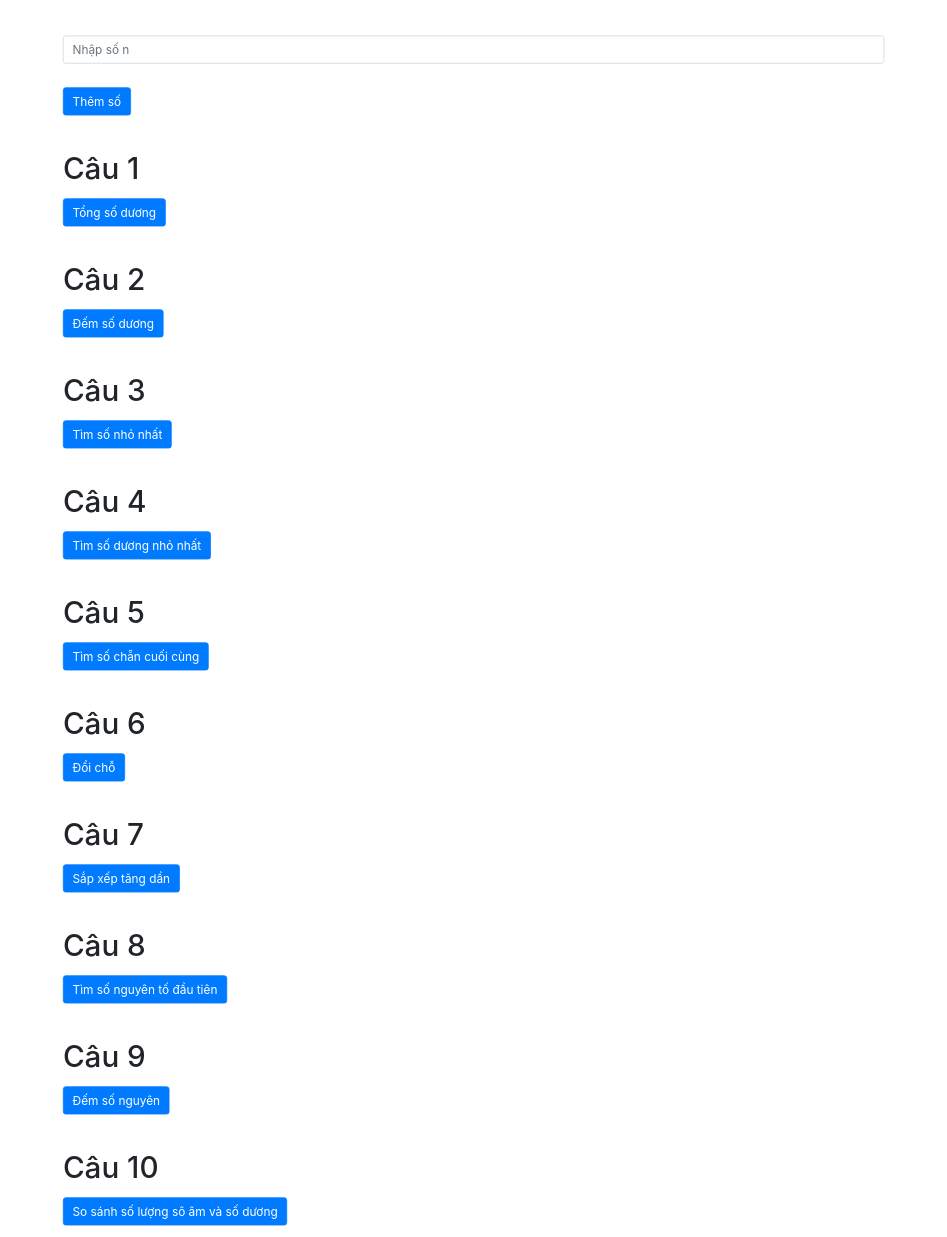
Repository: thanhfrankie/BC10-LeMinhThanh-Js-b7-8
Page: index.html
An editor plug-in stored every save of this project. The page is shown before and after the next save, followed by the edit.
The browser window is 1280 px wide. The pictures show the whole page, at 74% of full size.

Above is the page before, as saved 2023-12-27 23:36:23.

After the next save:
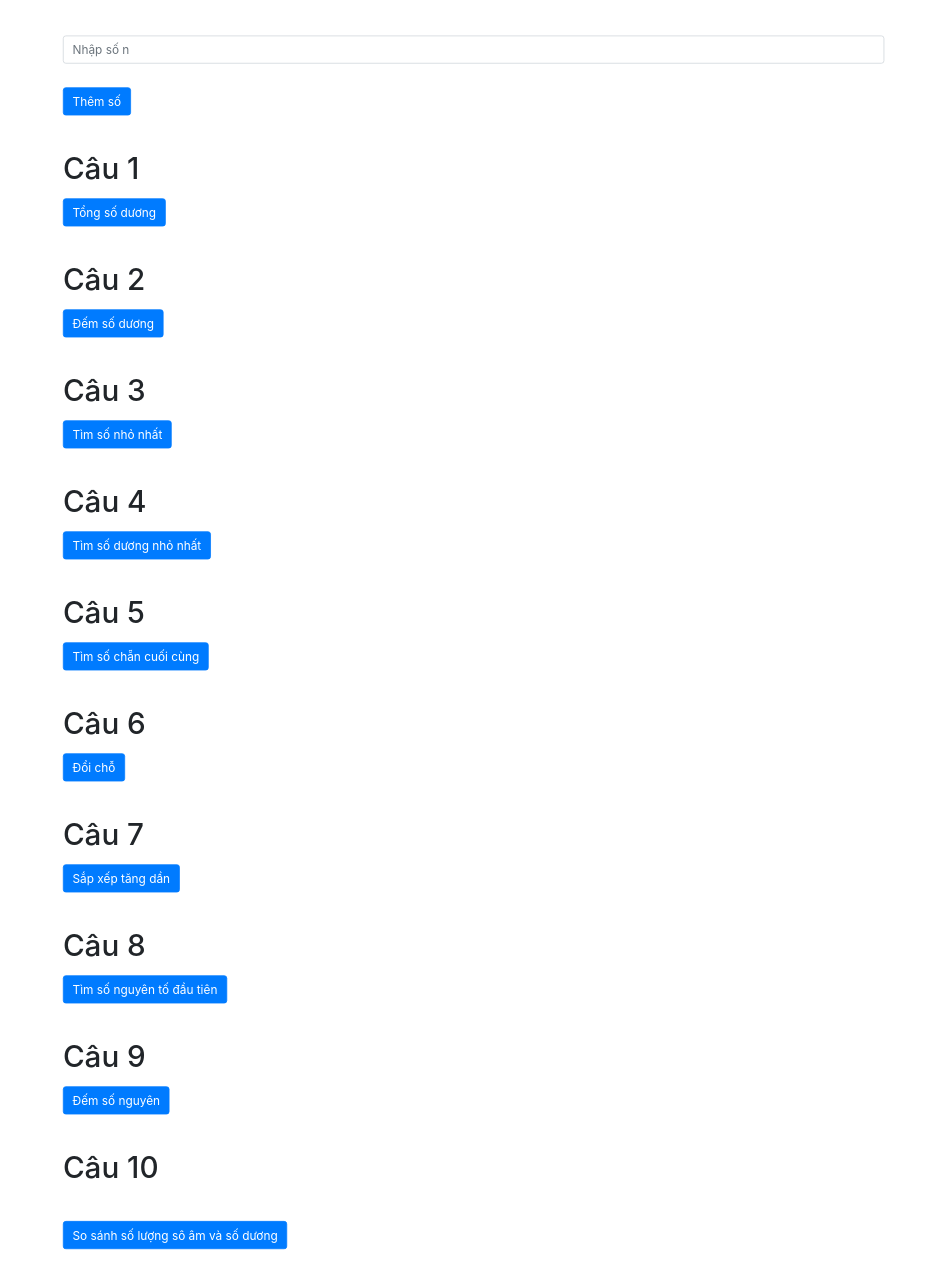
Saved 22 s later.
--- a/index.html
+++ b/index.html
@@ -175,7 +175,7 @@
       <h2 id="so-nguyen"></h2>
     </div>
   <!-- Câu 10 -->
-  <h1 class="mt-5">Câu 10</h1>
+  <h1 class="mt-5 mb-5">Câu 10</h1>
   <p class="mt-3">
       <button class="btn btn-primary" type="button" data-toggle="collapse" data-target="#cau10" aria-expanded="false"
               aria-controls="contentId">

After the 2 saves that followed:
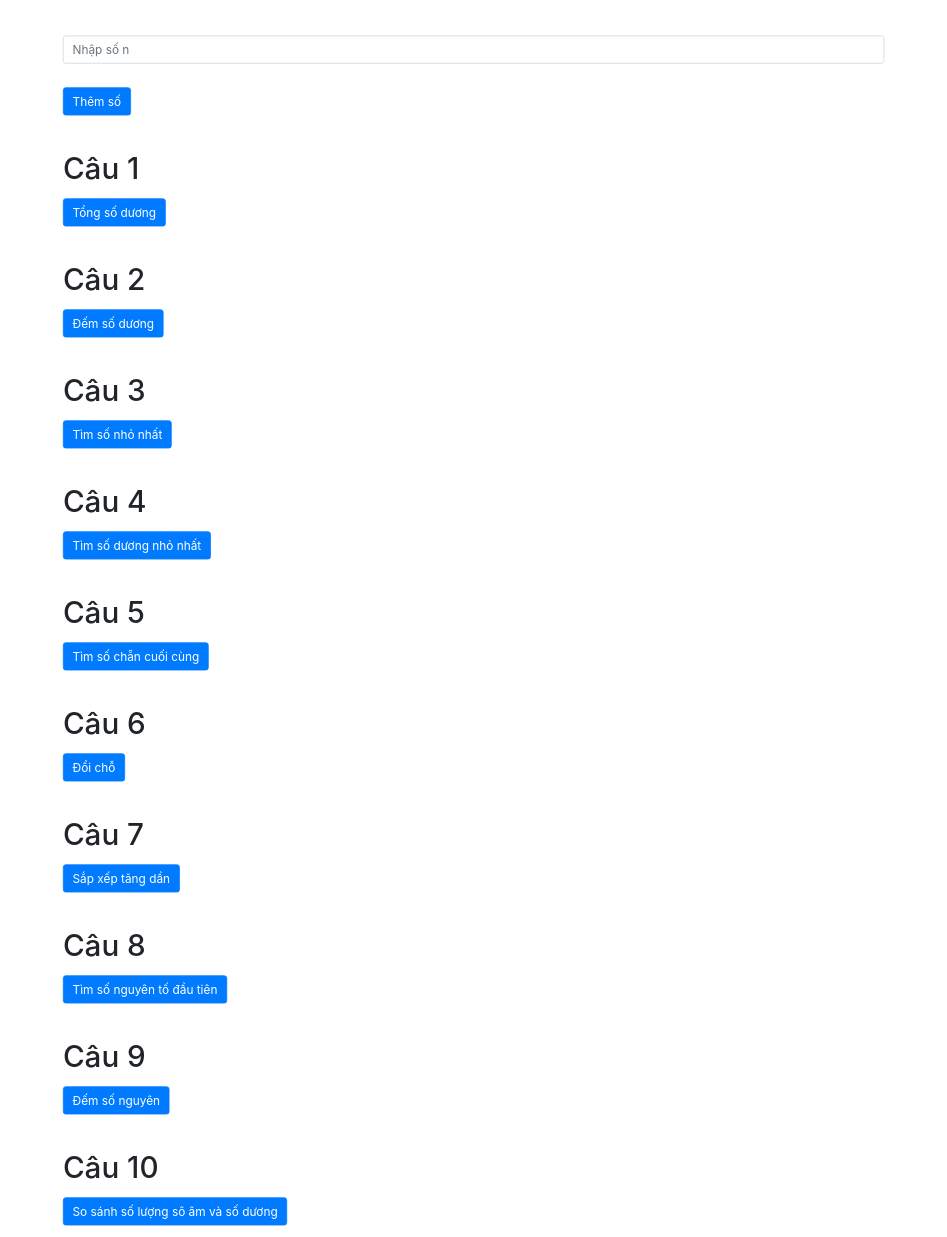
The 2 saves are shown as one change because they came seconds apart.
The last was saved 8 s later.
--- a/index.html
+++ b/index.html
@@ -175,7 +175,7 @@
       <h2 id="so-nguyen"></h2>
     </div>
   <!-- Câu 10 -->
-  <h1 class="mt-5 mb-5">Câu 10</h1>
+  <h1 class="mt-5 ">Câu 10</h1>
   <p class="mt-3">
       <button class="btn btn-primary" type="button" data-toggle="collapse" data-target="#cau10" aria-expanded="false"
               aria-controls="contentId">
